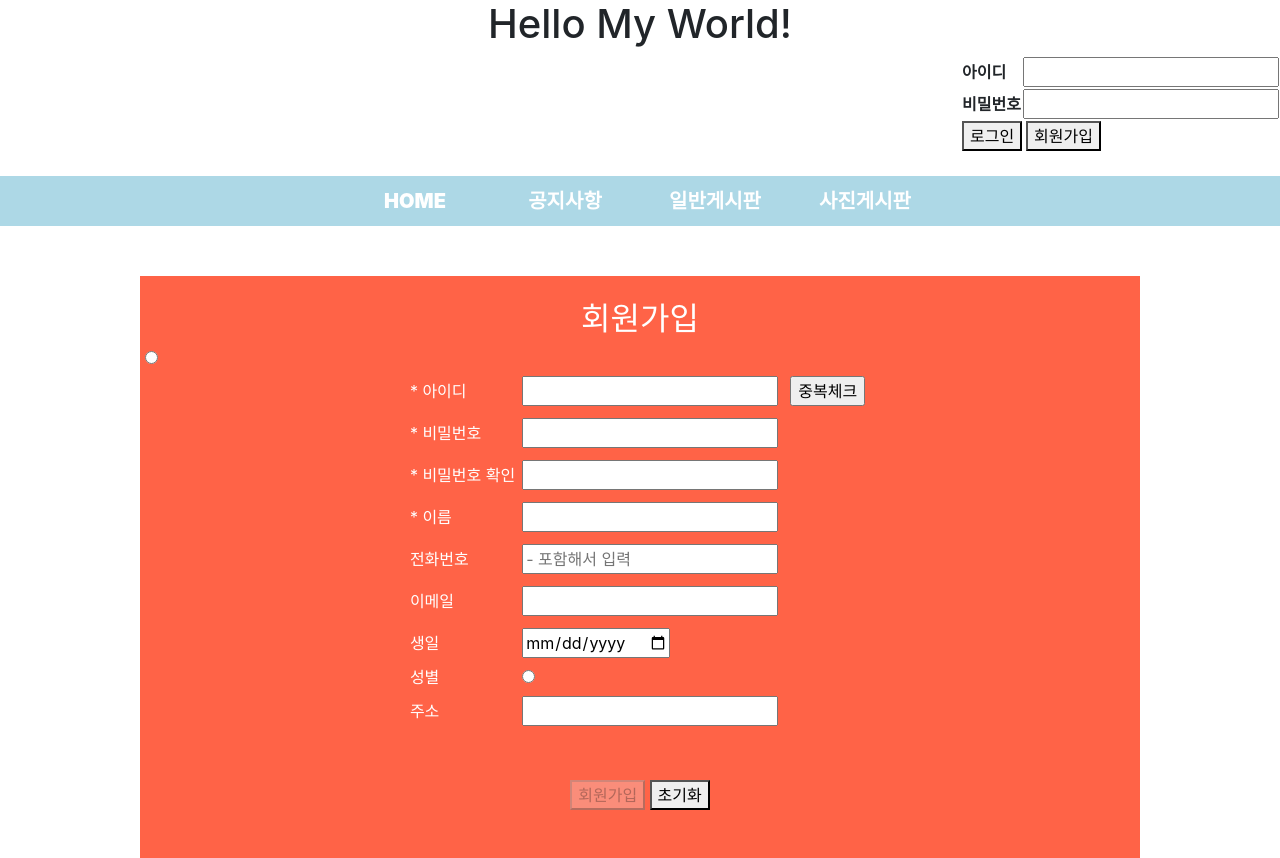
Repository: Developer-Choi-Jae-Young/FrameworkPractice
Page: http://localhost/mybatisProject/enrollForm.me
These files come from the project's save history. The page is drawn as it stood at one moment and after the next save; the edit follows.
The browser window is 1280 px wide. The pictures show the whole page.
The page is served by Tomcat 9. Other server files are loaded and not shown.

Above is the page before, as saved 2024-09-04 06:06:29.

### mybatis/mybatisProject/webapp/WEB-INF/views/member/memberEnrollForm.jsp
<%@ page language="java" contentType="text/html; charset=UTF-8"
    pageEncoding="UTF-8"%>
<!DOCTYPE html>
<html>
<head>
<meta charset="UTF-8">
<title>Insert title here</title>

<style>
	.outer {
		background-color: tomato;
		color: white;
		width: 1000px;
		margin: auto;
		margin-top: 50px;
	}

	#enroll-form table {
		margin: auto;
	}

	#enroll-form input {
		margin: 5px;
	}
</style>

</head>
<body>
	<%@ include file="../common/menubar.jsp" %>

	<div class="outer">
		<br>

		<h2 align="center">회원가입</h2>

		<form id="enroll-form" action="<%= contextPath %>/insert.me" method="post">
			<table>
				<tr>
					<td>* 아이디</td>
					<td>
						<input type="text" name="userId" maxlength="12" required>
					</td>
					<td>
						<input type="button" value="중복체크" onclick="idCheck();">
					</td>
				</tr>
				<tr>
					<td>* 비밀번호</td>
					<td>
						<input type="password" name="userPwd" maxlength="15" required>
					</td>
				</tr>
				<tr>
					<td>* 비밀번호 확인</td>
					<td>
						<input type="password" name="userPwdCheck" maxlength="15" required>
					</td>
				</tr>
				<tr>
					<td>* 이름</td>
					<td>
						<input type="text" name="userName" maxlength="6" required>
					</td>
				</tr>
				<tr>
					<td>전화번호</td>
					<td>
						<input type="tel" name="phone" placeholder="- 포함해서 입력">
					</td>
				</tr>
				<tr>
					<td>이메일</td>
					<td>
						<input type="email" name="email">
					</td>
				</tr>
				<tr>
					<td>생일</td>
					<td>
						<input type="date" name="birthday">
					</td>
				</tr>
				<tr>
					<td>성별</td>
					<td>
						<input type="radio" name="gender" value="남">					</td>
						<input type="radio" name="gender" value="여">
				</tr>
				<tr>
					<td>주소</td>
					<td>
						<input type="text" name="address">
					</td>
				</tr>
			</table>

			<br><br>

			<div align="center">
				<button type="submit" onclick="return pwdCheck();" disabled>회원가입</button>
				<button type="reset">초기화</button>
			</div>

			<br><br>
		</form>
	</div>

	<script>
		function pwdCheck() {
			const pwd = document.querySelector("#enroll-form input[name=userPwd]").value;
			const pwdCheck = document.querySelector("#enroll-form input[name=userPwdCheck]").value;

			if(pwd != pwdCheck) {
				alert("비밀번호와 비밀번호 확인 입력값이 다릅니다.");
				return false;
			}
		}

		function idCheck() {
			// 중복체크 버튼 클릭 시 사용자가 입력한 아이디 값을 서버로 보내서
			// 중복되는 데이터가 있는 지 조회한 후에 결과를 받을 것임

			// (1) 사용 가능 => 사용 가능합니다. 메시지 출력, 회원가입 버튼을 활성화
			// (2) 사용 불가능 => 사용할 수 없는 아이디 입니다. 메시지 출력, 다시 입력할 수 있도록 유도
			const userId = $("#enroll-form input[name=userId]").val();

			console.log("userId: " + userId);

			console.log("*** ajax 요청 전 ***");

			$.ajax({
				url: 'idCheck.me',
				type: 'get',
				data: {
					userId: userId
				},
				success: function(result) {
					// result ===> 중복된 아이디가 있을 경우 ("NNN"), 없을 경우 ("NNY")
					console.log(result);

					if(result == "NNN") {
						alert("사용할 수 없는 아이디 입니다.");
						$("#enroll-form button[type=submit]").attr("disabled", true);
						$("input[name=userId]").focus();
					} else if(result == "NNY") {
						alert("사용 가능합니다.");
						$("#enroll-form button[type=submit]").attr("disabled", false);
					}
				},
				error: function(err) {
					console.log(err);
				},
				complete: function() {

				}
			});
		}
	</script>
</body>
</html>

### mybatis/mybatisProject/webapp/WEB-INF/views/common/menubar.jsp
<%@ page language="java" contentType="text/html; charset=UTF-8"
    pageEncoding="UTF-8"%>
<%@ taglib prefix="c" uri="http://java.sun.com/jsp/jstl/core" %>
<!DOCTYPE html>
<html>
<head>
<meta charset="UTF-8">
<title>Insert title here</title>

<!-- Latest compiled and minified CSS -->
<link rel="stylesheet" href="https://cdn.jsdelivr.net/npm/bootstrap@4.6.2/dist/css/bootstrap.min.css">

<!-- jQuery library -->
<script src="https://cdn.jsdelivr.net/npm/jquery@3.7.1/dist/jquery.min.js"></script>

<!-- Popper JS -->
<script src="https://cdn.jsdelivr.net/npm/popper.js@1.16.1/dist/umd/popper.min.js"></script>

<!-- Latest compiled JavaScript -->
<script src="https://cdn.jsdelivr.net/npm/bootstrap@4.6.2/dist/js/bootstrap.bundle.min.js"></script>

<style>
	.login-area > *{
		float: right;
	}

	.login-area a {
		text-decoration: none;
		color: black;
		font-size: 12px;
	}

	.nav-area{
		background-color: lightblue;
	}

	.menu {
		display: table-cell;
		width: 150px;
		height: 50px;
	}

	.menu a {
		text-decoration: none;
		color: white;
		font-size: 20px;
		font-weight: 900;
		display: inline-block;
		width: 100%;
		height: 100%;
		line-height: 50px;
	}

	.menu a:hover {
		background-color: pink;
	}
</style>
</head>
<body>
<%
	String contextPath = request.getContextPath();
	String alertMsg = (String)session.getAttribute("alertMsg");
%>
	<% if(alertMsg != null) { %>
	<script>
		alert("<%= alertMsg %>");
	</script>
	<% session.removeAttribute("alertMsg"); %>
	<% } %>

	<h1 align="center">Hello My World!</h1>

	<div class="login-area">
		<c:choose>
			<c:when test="${ empty loginUser }">
				<!-- 로그인 전 -->
				<form action="<%= contextPath %>/login.me" method="post">
					<table>
						<tr>
							<th>아이디</th>
							<td>
								<input type="text" name="userId" required>
							</td>
						</tr>
						<tr>
							<th>비밀번호</th>
							<td>
								<input type="password" name="userPwd" required>
							</td>
						</tr>
						<tr>
							<th colspan="2">
								<button type="submit">로그인</button>
								<button type="button" onclick="enrollPage();">회원가입</button>
							</th>
						</tr>
					</table>
					<script>
						// 회원가입 페이지 요청
						function enrollPage() {
							// 서블릿을 사용하여 페이지 요청
							location.href = "<%= contextPath %>/enrollForm.me"
						}
					</script>
				</form>
			</c:when>
			<c:otherwise>
				<!-- 로그인 후 -->
				<div>
					<b>${ loginUser.userName }</b>님의 방문을 환영합니다 ^^ <br><br>

					<div align="center">
						<a href="<%= contextPath %>/myPage.me">마이페이지</a>
						<a href="<%= contextPath %>/logout.me">로그아웃</a>
					</div>
				</div>
			</c:otherwise>
		</c:choose>

	</div>

	<br clear="both">
	<br>

	<div class="nav-area" align="center">
		<div class="menu"><a href="<%= contextPath %>">HOME</a></div>
		<div class="menu"><a href="#">공지사항</a></div>
		<div class="menu"><a href="#">일반게시판</a></div>
		<div class="menu"><a href="#">사진게시판</a></div>
	</div>

	<script>
		document.title = "MyBatis";
	</script>
</body>
</html>

### mybatis/mybatisProject/src/main/java/com/kh/mybatis/member/controller/MemberEnrollController.java
package com.kh.mybatis.member.controller;

import java.io.IOException;
import javax.servlet.ServletException;
import javax.servlet.annotation.WebServlet;
import javax.servlet.http.HttpServlet;
import javax.servlet.http.HttpServletRequest;
import javax.servlet.http.HttpServletResponse;

/**
 * Servlet implementation class MemberEnrollController
 */
@WebServlet("/enrollForm.me")
public class MemberEnrollController extends HttpServlet {
	private static final long serialVersionUID = 1L;

    /**
     * @see HttpServlet#HttpServlet()
     */
    public MemberEnrollController() {
        super();
        // TODO Auto-generated constructor stub
    }

	/**
	 * @see HttpServlet#doGet(HttpServletRequest request, HttpServletResponse response)
	 */
	protected void doGet(HttpServletRequest request, HttpServletResponse response) throws ServletException, IOException {
		request.getRequestDispatcher("WEB-INF/views/member/memberEnrollForm.jsp").forward(request, response);
	}

	/**
	 * @see HttpServlet#doPost(HttpServletRequest request, HttpServletResponse response)
	 */
	protected void doPost(HttpServletRequest request, HttpServletResponse response) throws ServletException, IOException {
		// TODO Auto-generated method stub
		doGet(request, response);
	}

}

After the next save:
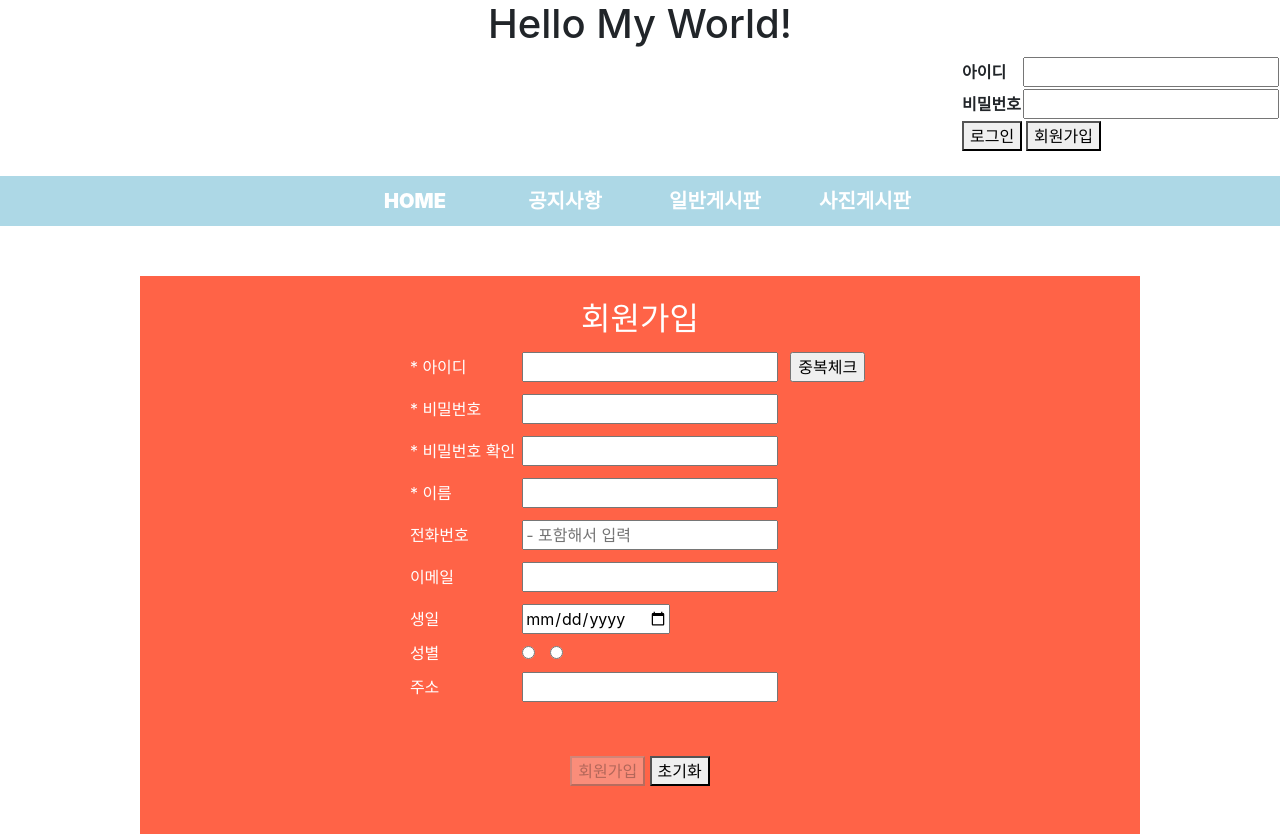
Saved 12 s later.
--- a/mybatis/mybatisProject/webapp/WEB-INF/views/member/memberEnrollForm.jsp
+++ b/mybatis/mybatisProject/webapp/WEB-INF/views/member/memberEnrollForm.jsp
@@ -83,8 +83,9 @@
 				<tr>
 					<td>성별</td>
 					<td>
-						<input type="radio" name="gender" value="남">					</td>
+						<input type="radio" name="gender" value="남">
 						<input type="radio" name="gender" value="여">
+					</td>
 				</tr>
 				<tr>
 					<td>주소</td>
